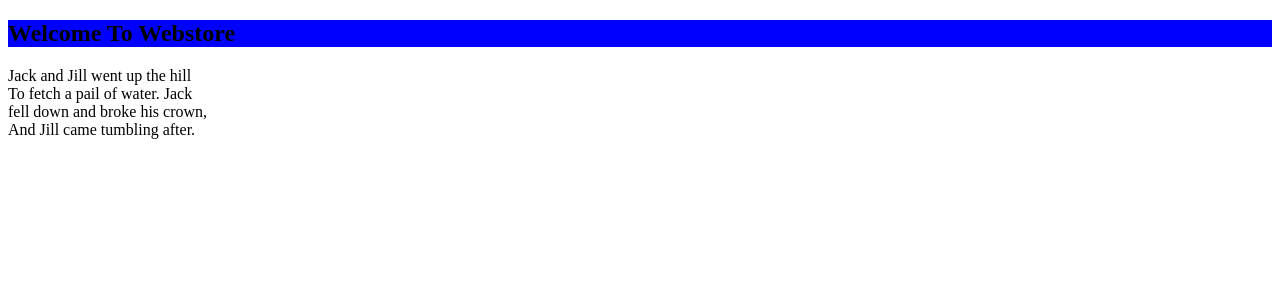
Repository: sourogithub/Final-yr-project-using-j2ee
Page: http://localhost/Webstore/JSP Pages/index.jsp
These files come from the project's save history. The page is drawn as it stood at one moment and after the next save; the edit follows.
The browser window is 1280 px wide. The pictures show the whole page.
The page is served by Tomcat 9.

Above is the page before, as saved 2017-04-11 07:18:17.

### Webstore/WebContent/JSP Pages/index.jsp
<%@ page language="java" contentType="text/html; charset=ISO-8859-1"
    pageEncoding="ISO-8859-1"%>
<!DOCTYPE html PUBLIC "-//W3C//DTD HTML 4.01 Transitional//EN" "http://www.w3.org/TR/html4/loose.dtd">
<html>
<head>
<meta http-equiv="Content-Type" content="text/html; charset=ISO-8859-1">
<title>Webstore</title>

</head>
<body>
<div id="top" style="background:blue">
<h2>Welcome To Webstore</h2>
</div>
<div id="mydiv" style="width:200px;background:white" onmouseover="this.style.background='gray';" onmouseout="this.style.background='white';">
    Jack and Jill went up the hill
    To fetch a pail of water.
    Jack fell down and broke his crown,
    And Jill came tumbling after.
    </div>
</body>
</html>

After the next save:
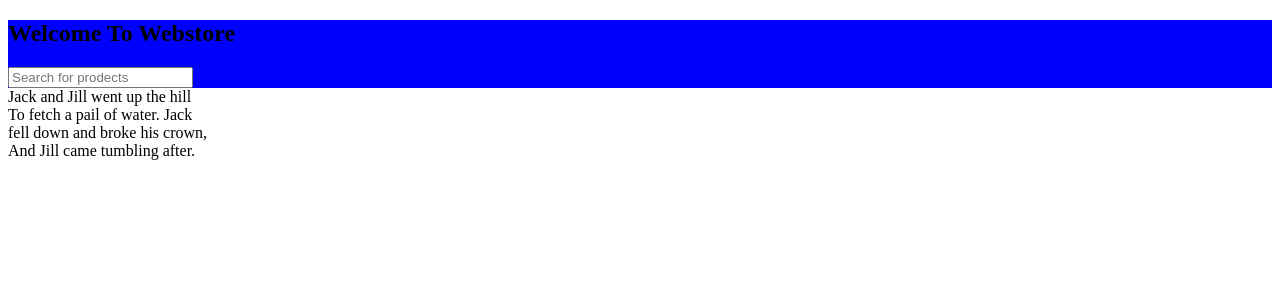
Saved 2 min 33 s later.
--- a/Webstore/WebContent/JSP Pages/index.jsp
+++ b/Webstore/WebContent/JSP Pages/index.jsp
@@ -10,6 +10,7 @@
 <body>
 <div id="top" style="background:blue">
 <h2>Welcome To Webstore</h2>
+<input type="text" placeholder="Search for prodects">
 </div>
 <div id="mydiv" style="width:200px;background:white" onmouseover="this.style.background='gray';" onmouseout="this.style.background='white';">
     Jack and Jill went up the hill
